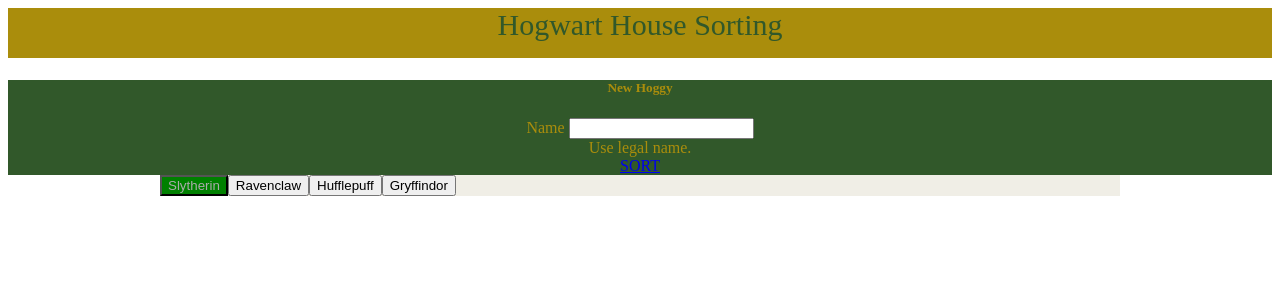
Repository: ZamlZam/INDIVIDUAL-PROJECT-sorting-hat
Page: index.html
The author's editor kept a copy of each file at every save. The page is drawn from the files as they stood at one save, then again after a run of saves.
The browser window is 1280 px wide. The pictures show the whole page.

Above is the page before, as saved 2023-04-29 12:28:56.

After the next 3 saves:
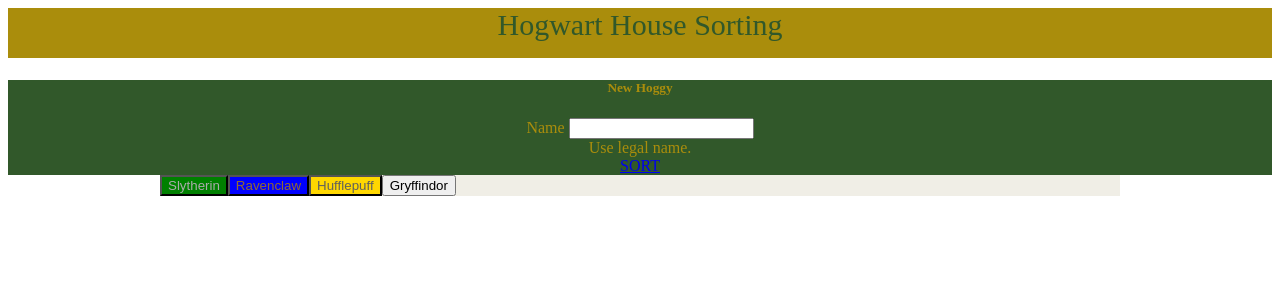
The 3 saves are shown as one change because they came seconds apart.
The last was saved 22 s later.
--- a/index.html
+++ b/index.html
@@ -30,8 +30,8 @@
       <!-- <div class="flex-container"> -->
       <div class="Houses">
         <button type="button" class= "one btn btn-outline-dark">Slytherin</button>
-        <button type="button" class="btn btn-outline-dark">Ravenclaw</button>
-        <button type="button" class="btn btn-outline-dark">Hufflepuff</button>
+        <button type="button" class="two btn btn-outline-dark">Ravenclaw</button>
+        <button type="button" class="three btn btn-outline-dark">Hufflepuff</button>
         <button type="button" class="btn btn-outline-dark">Gryffindor</button>
         <!-- <li class="box one">
           <a class="nav-Slytherin" href="#">Slytherin</a>
